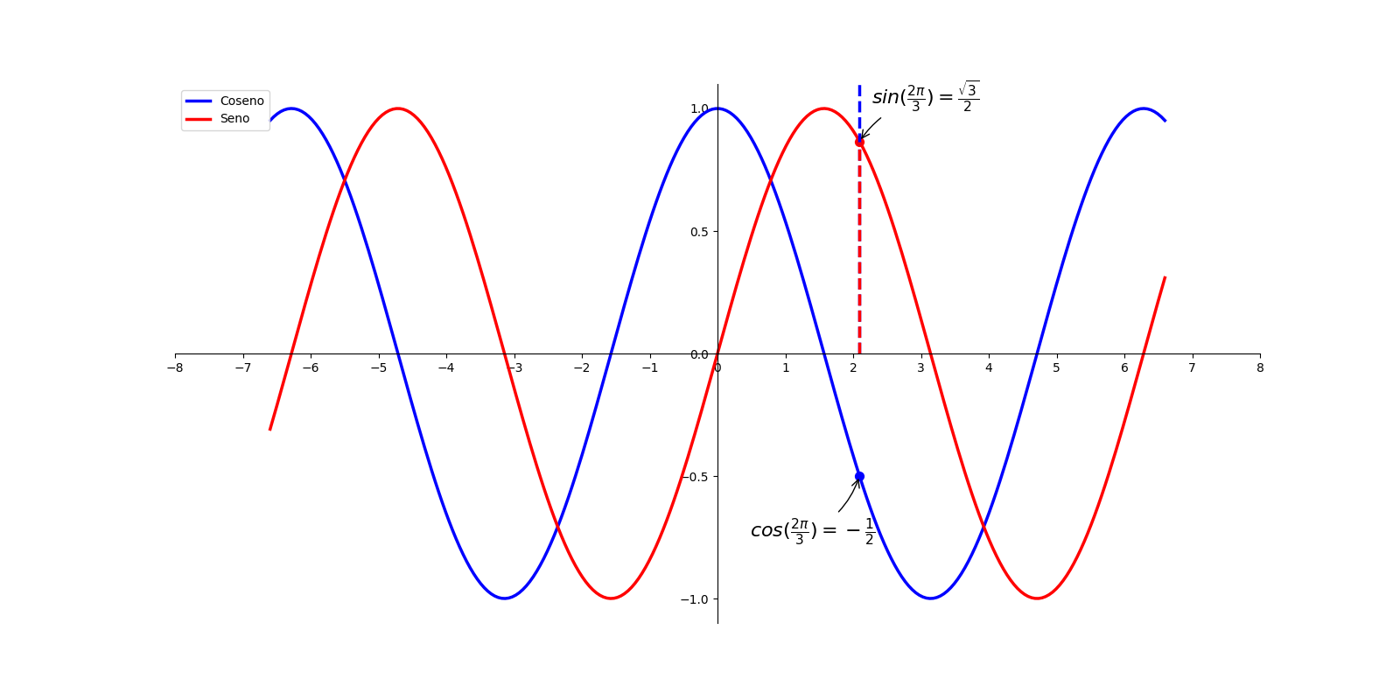
Repository: Jaamunozr/Archivos-python
Script's output: python Archivos Python/Graficas/ejecutable.py
An editor plug-in stored every save of this project. The script's output is shown before and after the next save, followed by the edit.
Figures wider than 1,400 px are first shrunk to that width. Animations are shown at an early frame. Random numbers start from a fixed seed.

Above is the script's output before, as saved 2020-02-16 22:12:31.

After the next save:
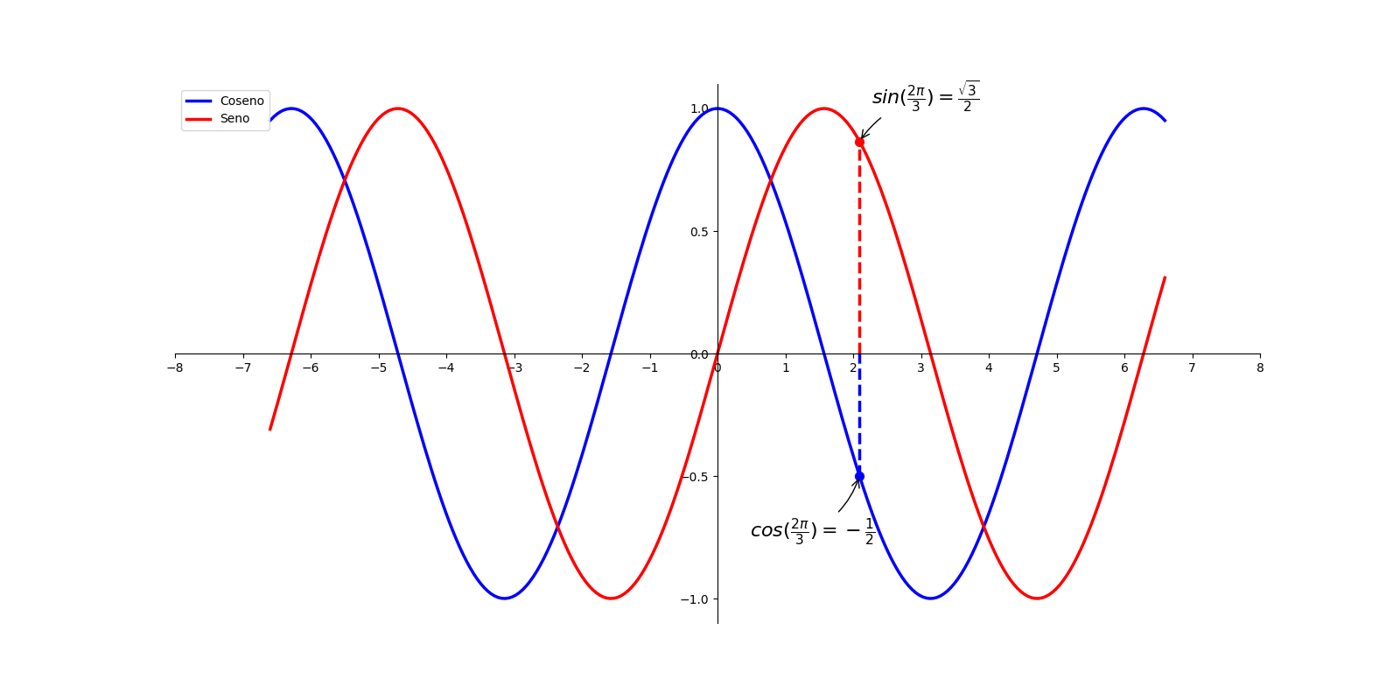
Saved 45 s later.
--- a/Archivos Python/Graficas/ejecutable.py
+++ b/Archivos Python/Graficas/ejecutable.py
@@ -56,7 +56,7 @@ pl.legend(loc='upper left')
 #AGREGRA UNA ANOTACION EN UN PUNTO CONOCIDO
 t = 2 * np.pi / 3
 #Para coseno------------------------------------------------------------------------------------
-pl.plot([t, t], [0, t], color='blue', linewidth=2.5, linestyle="--")
+pl.plot([t, t], [np.cos(t), 0], color='blue', linewidth=2.5, linestyle="--")
 #pl.plot([t, t], [0, np.cos(t)], color='blue', linewidth=2.5, linestyle="--")
 pl.scatter([t, ], [np.cos(t), ], 50, color='blue') #DEFINE LAS CARACTERISTICAS DEN PUNTO (CIRCULO)
 pl.annotate(r'$sin(\frac{2\pi}{3})=\frac{\sqrt{3}}{2}$',#DATOS A IMPRIMIR DEL TEXTO
